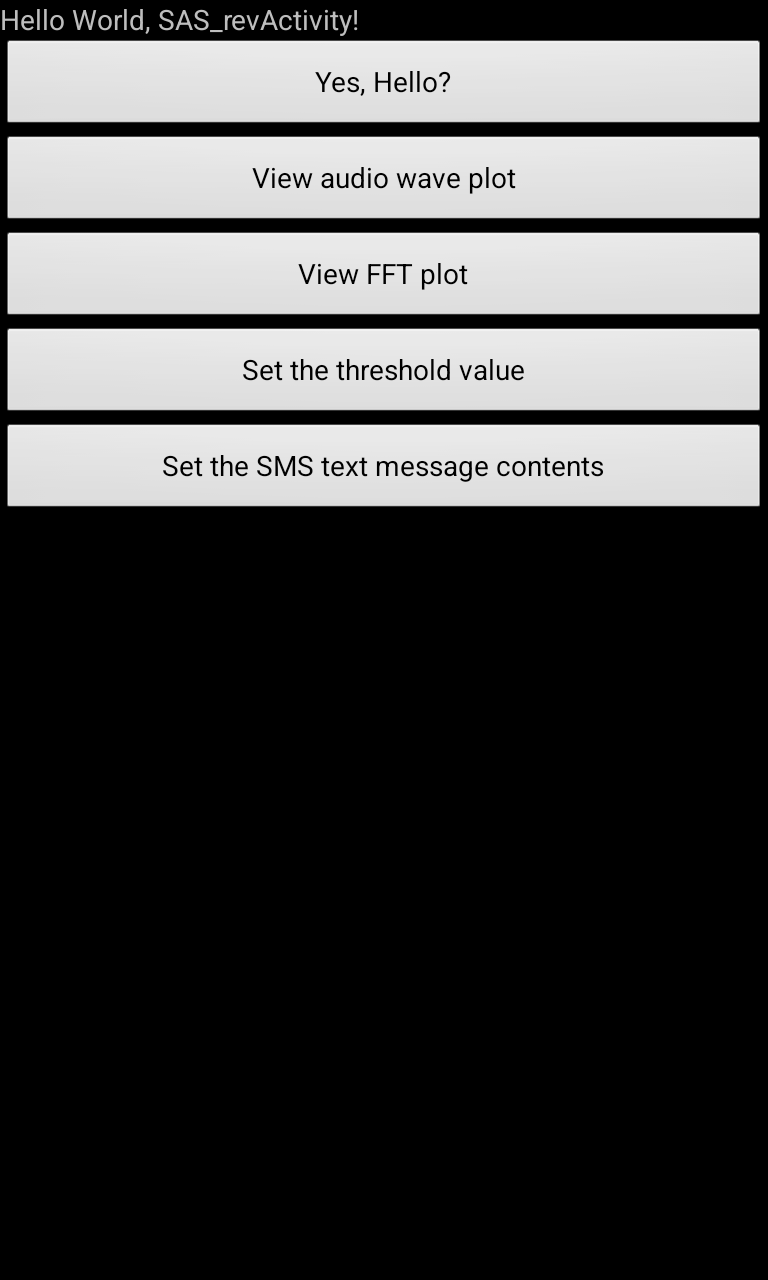
Repository: RaabsIn513/eclipse_workspace
Layout: SAS_rev/res/layout/main.xml
These files come from the project's save history. The layout is drawn as it stood at one moment and after the next save; the edit follows.
It is drawn on a 768 x 1280 px phone screen (xhdpi) without system bars, with theme android:Theme; the app's code is not run.

Above is the layout before, as saved 2012-02-08 21:13:17.

### SAS_rev/res/layout/main.xml
<?xml version="1.0" encoding="utf-8"?>
<LinearLayout xmlns:android="http://schemas.android.com/apk/res/android"
    android:layout_width="fill_parent"
    android:layout_height="fill_parent"
    android:orientation="vertical" >

    <TextView
        android:layout_width="fill_parent"
        android:layout_height="wrap_content"
        android:text="@string/hello" />

    <Button
        android:id="@+id/dog"
        android:layout_width="fill_parent"
        android:layout_height="wrap_content"
        android:text="Yes, Hello?" />

    <Button
        android:id="@+id/wave_plot"
        android:layout_width="fill_parent"
        android:layout_height="wrap_content"
        android:text="@string/viewWave_btText" />

    <Button
        android:id="@+id/FFT_plot"
        android:layout_width="fill_parent"
        android:layout_height="wrap_content"
        android:text="@string/viewFFT_btText" />

    <Button
        android:id="@+id/setThresh"
        android:layout_width="fill_parent"
        android:layout_height="wrap_content"
        android:text="@string/setThresh_btText" />

	<Button
        android:id="@+id/setSMS"
        android:layout_width="fill_parent"
        android:layout_height="wrap_content"
        android:text="@string/setSMS_btText" />


</LinearLayout>

### SAS_rev/res/values/strings.xml
<?xml version="1.0" encoding="utf-8"?>
<resources>

    <string name="hello">Hello World, SAS_revActivity!</string>

    <string name="app_name">SAS_rev</string>
	<string name="plotAct_text">Plot View</string>

	<string name="viewWave_btText">View audio wave plot</string>
    <string name="viewFFT_btText">View FFT plot</string>
    <string name="setThresh_btText">Set the threshold value</string>
    <string name="setSMS_btText">Set the SMS text message contents</string>

</resources>

After the next save:
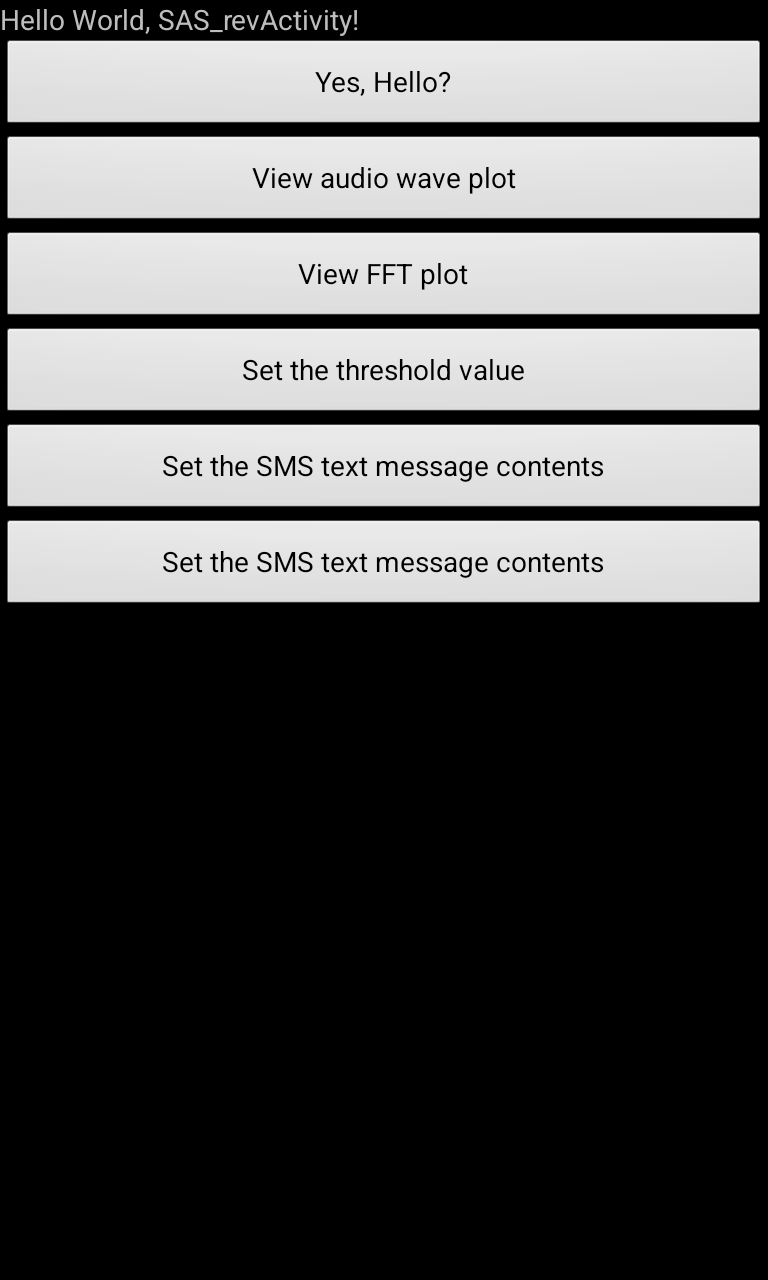
Saved 13 s later.
--- a/SAS_rev/res/layout/main.xml
+++ b/SAS_rev/res/layout/main.xml
@@ -39,5 +39,11 @@
         android:layout_height="wrap_content"
         android:text="@string/setSMS_btText" />
 
+	<Button
+        android:id="@+id/setTestSMS"
+        android:layout_width="fill_parent"
+        android:layout_height="wrap_content"
+        android:text="@string/setSMS_btText" />
+
 
 </LinearLayout>
